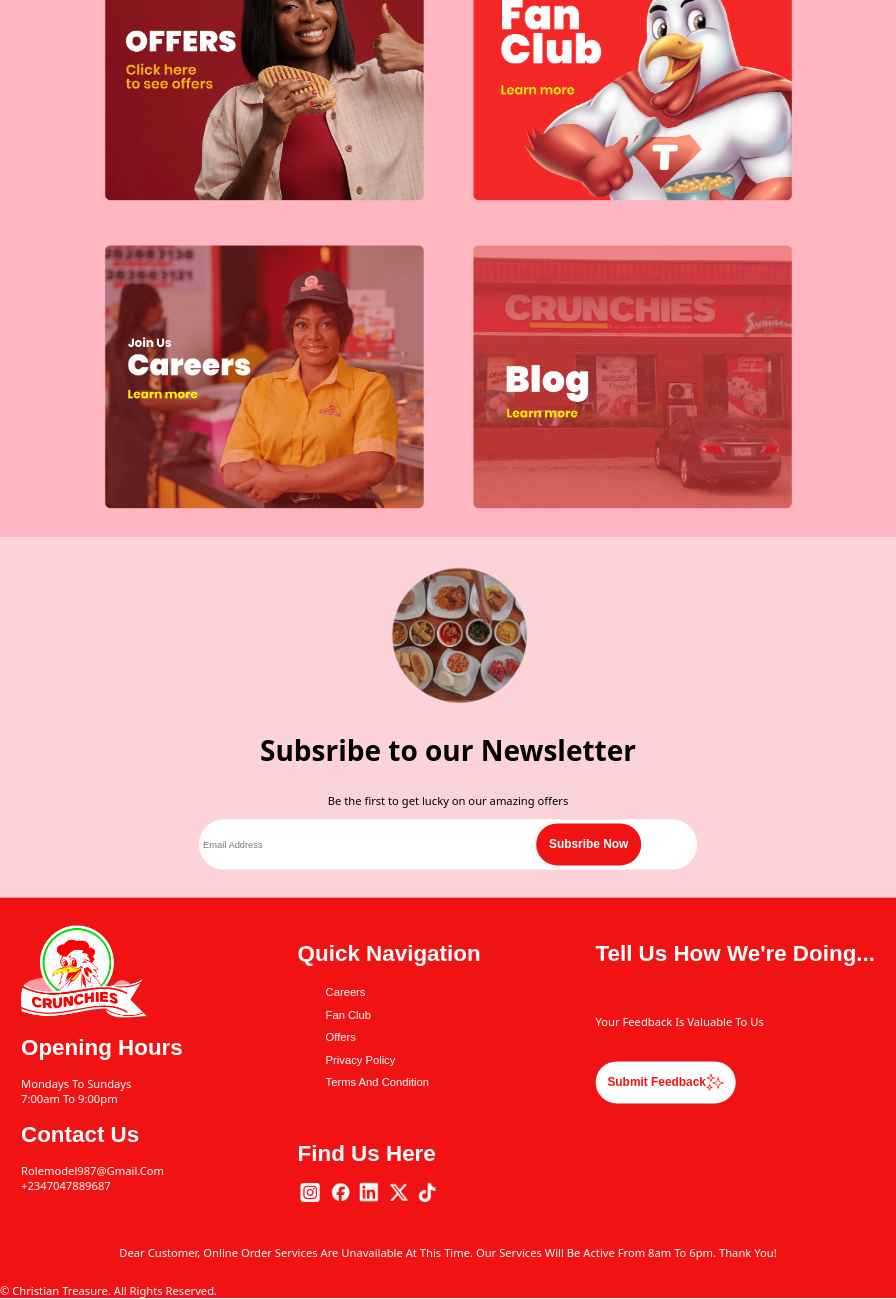
Repository: trenzyfx1/crunches-online-
Page: index.html
These files come from the project's save history. The page is drawn as it stood at one moment and after the next save; the edit follows.
The browser window is 1280 px wide. The pictures show the part of the page from y = 3015 to 4935 px (the page is 4870 px tall before and 4935 px after), at 70% of full size.

Above is the page before, as saved 2025-06-20 17:15:20.

After the next save:
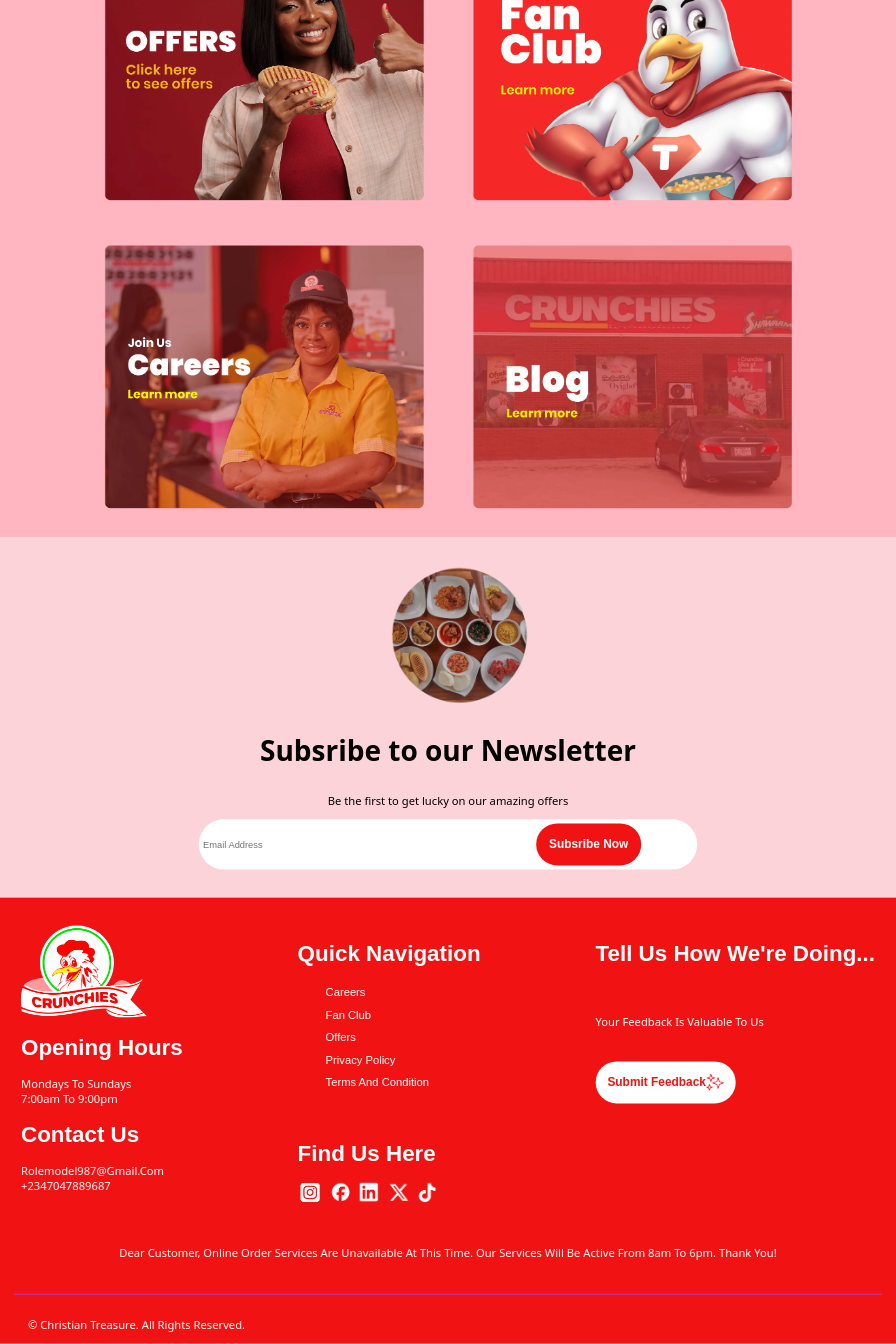
Saved 14 s later.
--- a/style.css
+++ b/style.css
@@ -559,7 +559,18 @@
     justify-content: center;
 }
 
-
+.footer-bottom {
+    text-align: center;
+    margin-top: 2rem;
+    padding-top: 1rem;
+    border-top: 1px solid #8c52ff;
+    display: flex;
+    justify-content: space-between;
+    align-items: center;
+    max-width: 1200px;
+    margin: 2rem auto 0;
+    padding: 1rem 20px 0;
+}
 
 .mobile-header .menu-icon .line {
     width: 30px;
